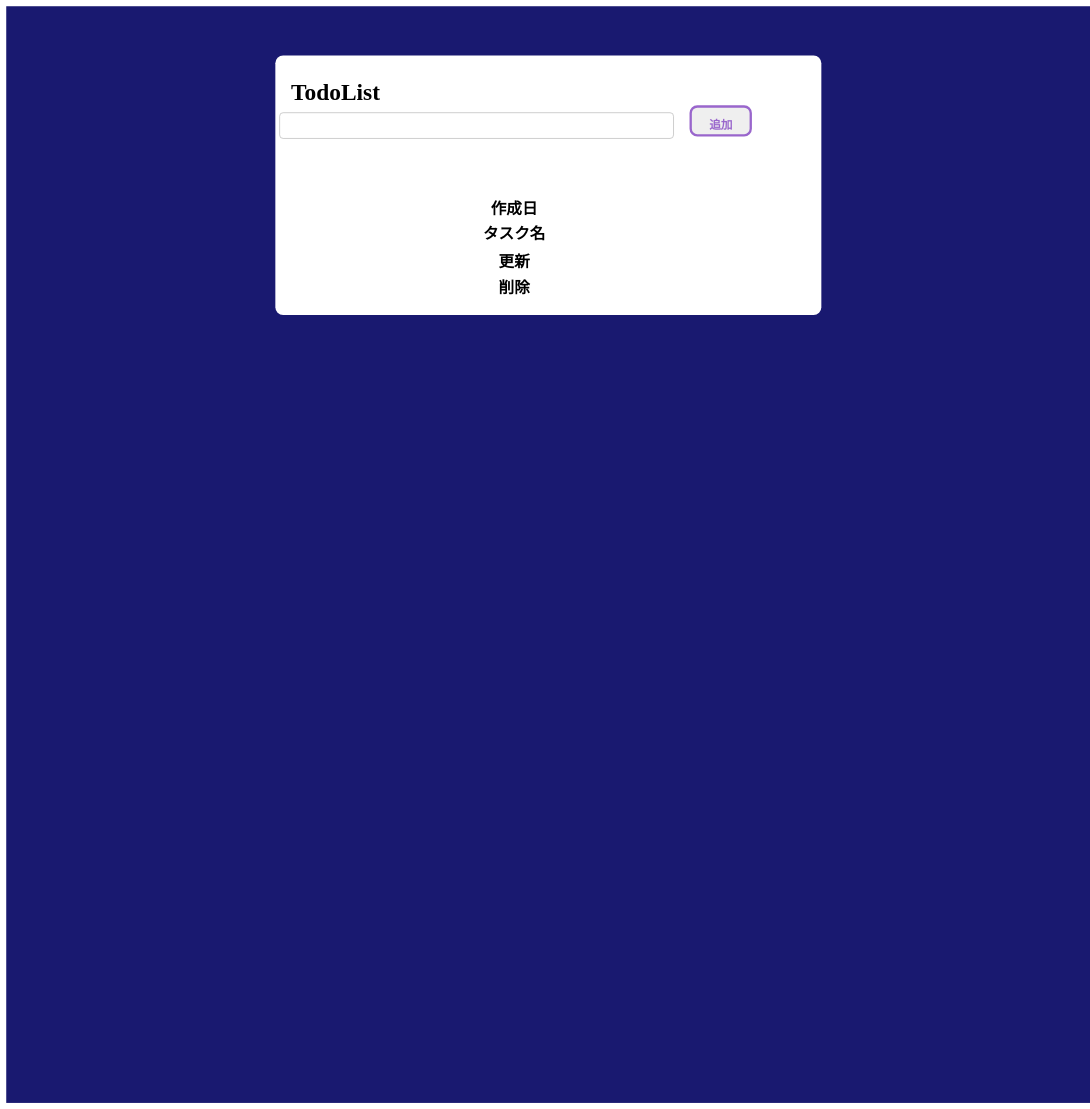
Repository: moro-ayu3/20230304_morohoshi
Page: http://localhost/
An editor plug-in stored every save of this project. The page is shown before and after the next save, followed by the edit.
The browser window is 1280 px wide. The page is 1398 px wide, so the pictures cover 1398 px, including what lies to the right of the window. The pictures show the whole page, at 78% of full size.
The page is served by the project's Laravel application, run on PHP 8.4 with Laravel 8. Queries for data that is not in the repository find no rows.

Above is the page before, as saved 2023-03-11 12:32:24.

After the next save:
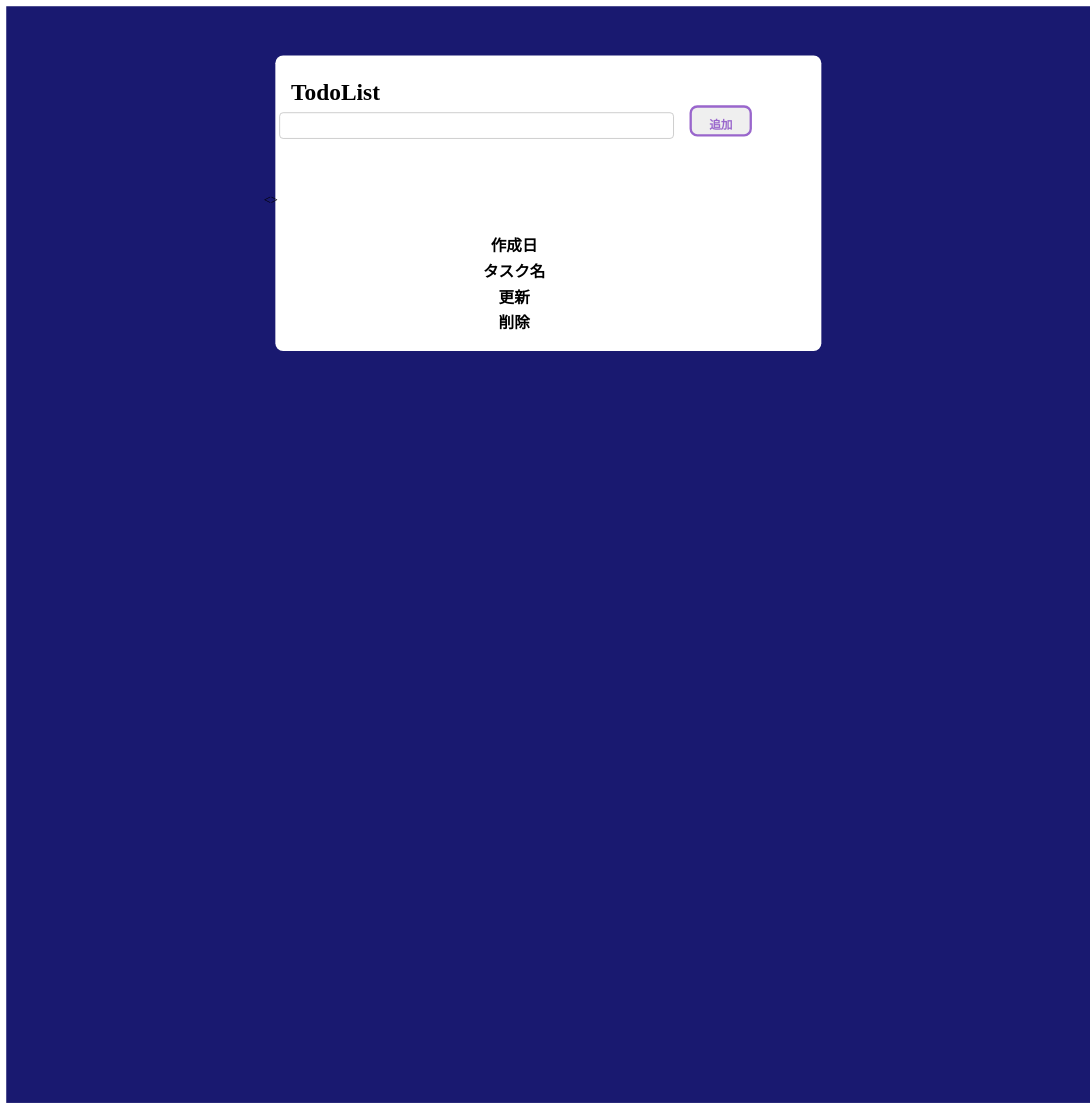
Saved 6 s later.
--- a/resources/views/index.blade.php
+++ b/resources/views/index.blade.php
@@ -212,7 +212,7 @@
                 <td>{{$errors->first('updated_at')}}</td>
               </tr>
             @endif
-            <tr></tr>
+            <>
               <th class="update">更新</th>
               <td><input type="hidden" name="update"></td>
             </tr>
